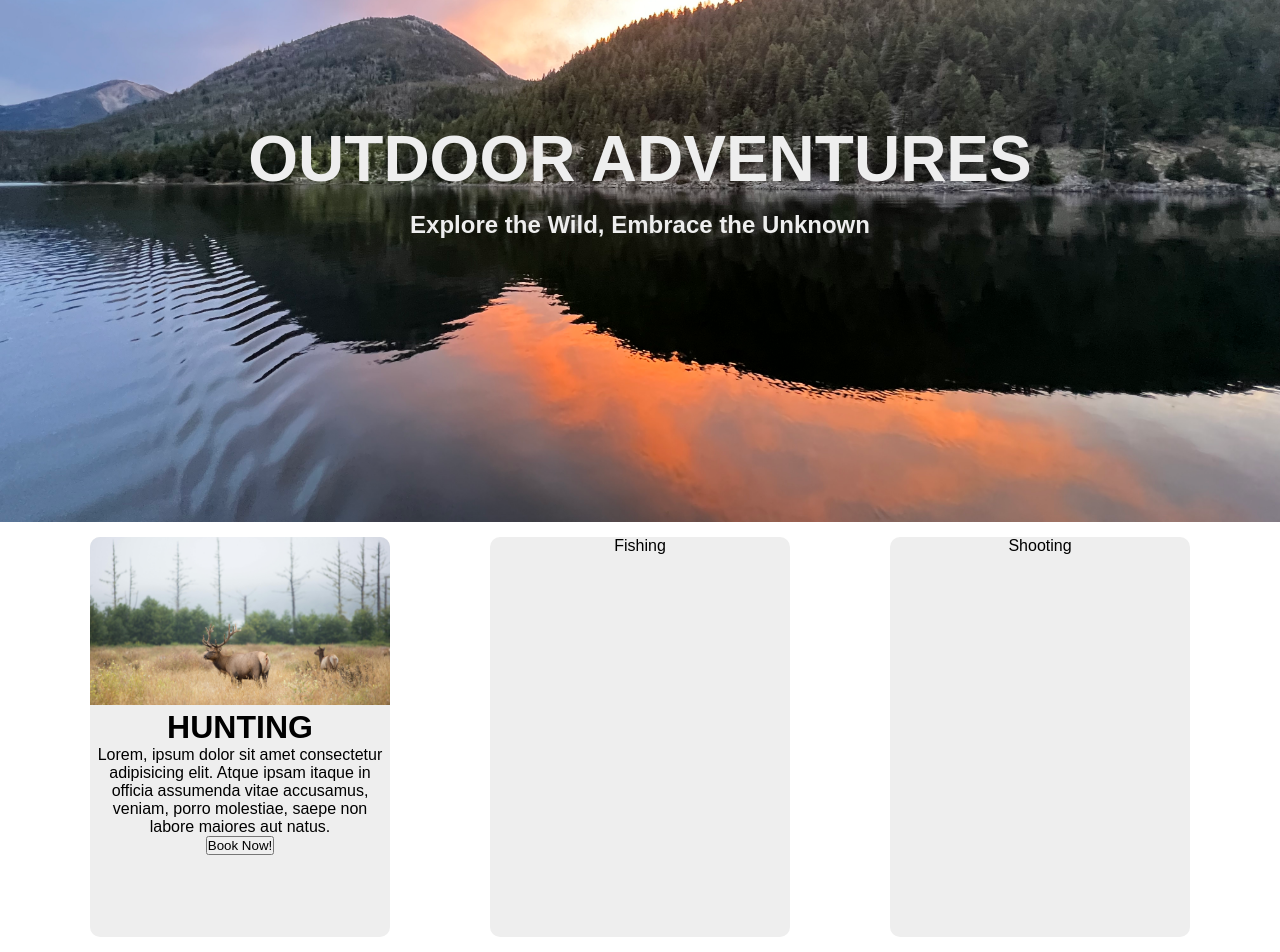
Repository: iforgotmylogin/WebDesignFinal
Page: index.html
An editor plug-in stored every save of this project. The page is shown before and after the next save, followed by the edit.
The browser window is 1280 px wide. The pictures show the part of the page from y = 290 to 1242 px (the page is 1242 px tall).
A picture or video elsewhere on the page could not be fetched, so the positions and the page height are approximate.

Above is the page before, as saved 2024-04-07 18:25:05.

### index.html
<!DOCTYPE html>
<html lang="en">
<head>
    <link rel="stylesheet" href="css/global.css">
    <link rel="stylesheet" href="css/navbar.css">
    <link rel="stylesheet" href="css/dropdown.css">
    <link rel="stylesheet" href="https://cdn.jsdelivr.net/npm/aos@2.3.4/dist/aos.css">
    <link rel="stylesheet" href="css/homepage.css">
    <meta http-equiv="X-UA-Compatible" content ="IE=edge">
    <meta charset="UTF-8">
    <meta name="viewport" content="width=device-width, initial-scale=1.0">
    <title>Outdoor Adventures</title>
</head>
<body>
    <header>
        <a href="#"><img src="images/outdoor-adventure-logo-color.png" alt="Logo" class="logo"></a>
       <nav>
        <ul>
            <li>
                <a href="#">About</a>
            </li>
            <li class="dropdown">
                <a href="html/Booking.html">Booking</a>
                <div class="dropdown-content">
                    <a href="#">Hunting</a>
                    <a href="#">Fishing</a>
                    <a href="#">Shooting</a>
                    <a href="#">ATV Rental</a>
                </div>
            </li>
            <li>
                <a href="html/Reviews.html">Reviews</a>
            </li>
            <li>
                <a href="#">Careers</a>
            </li>
            <li>
                <a href="#">Contact</a>
            </li>
        </ul>
    </nav>



    </header>
    <main class="hero_image">
        <h1>Outdoor Adventures</h1>
        <h2>Explore the Wild, Embrace the Unknown</h2>
    </main>

    <div class="container">
        <a  href="#" data-aos="fade-up" class="box hunting">
            <img src="images/HuntingBackdrop.jpg" alt="Image of an Elk">
            <h1>Hunting</h1>
            <p>Lorem, ipsum dolor sit amet consectetur adipisicing elit. Atque ipsam itaque in officia assumenda vitae accusamus, veniam, porro molestiae, saepe non labore maiores aut natus.</p>
            <button>Book Now!</button>
        </a>

        <div data-aos="fade-up" class="box Fishing">Fishing</div>

        <div data-aos="fade-up" class="box Shooting">Shooting</div>
    </div>



    <!-- Use <div data-aos="fade-up"><div> for really cool animations that use this java script!! -->
    <script src="https://cdn.jsdelivr.net/npm/aos@2.3.4/dist/aos.js"></script>
    <script>
      AOS.init();
    </script>
</body>
</html>

### css/global.css
*{
    font-family: Arial, Helvetica, sans-serif;
}
.hero_image{
    position: absolute;
    z-index: 1;
    margin: 0 auto;
    justify-content: center;
    top: 0px;
    padding: 50px;
    height: 600px;
    position: relative;
    background-image: url("../images/IMG_0679.jpeg");
    background-size: cover;
    background-position: center;
}

.hero_image h1{
    font-size: 400%;
    color: #eee;
    text-transform: uppercase;
    text-align: center;
    margin: 250px 0 auto;
}

.hero_image h2{
    margin: 15px 0 auto;
    text-align: uppercase;
    text-align: center;
    color:#eee;
}

h1.global{
    text-align: center;
}

#usrReview_1{
    outline: 2px solid red; /*This is for "debugging" where the div is and how it's behaving*/

    padding: 30px;
}

#userPfp{
    float: left;
    max-width: 90%;
    width: 200px;
    margin-right: 10px; /* adds some spacing between the image and the text*/

}

### css/navbar.css
body{
    margin:0px;
}


header{
    display: flex;
    justify-content: space-between;
    background-color: #eee;
    border-bottom: 5px white;
    box-shadow: 0 0 5px rgba(0,0,0,.2);
}

header .logo{
    height: 100px;
    padding:4px;
}

header nav{
    display: flex;
    align-items: center;
}
header nav ul{
    margin: 0px;
    padding: 0px;
    text-align: right;
    display: flex;
    width: 100%;
    justify-content: end;
}
header nav ul li{
    list-style-type: none;
}

header nav ul li a{
  text-decoration: none;
  color: #666;
  font-weight: bold;
  font-size:15px;
  text-transform:uppercase;
  font-family:Helvetica, sans-serif;
  padding:49px 30px;
  transition: all .3s linear;
}
header nav ul li a:hover{
    background-color:teal;
    color:white;
}

header nav ul li a.active{
    background-color: burlywood;
}

### css/dropdown.css
.dropbtn {
    background-color: #eee;
    color: white;
    padding: 16px;
    font-size: 16px;
    border: none;
  }

  .dropdown {
    align-items: center;
    display: inline-block;
  }

  .dropdown-content {
    display: none;
    position:absolute;
    background-color: #eee;
    min-width: 136px;
    box-shadow: 0px 8px 16px 0px rgba(0,0,0,0.2);
    z-index: 1;
    top: 14%;
    z-index: 2; /* Makes the dropdown menu appear over the hero image */
  }

  /* Links inside the dropdown */
  .dropdown-content a {
    color: black;
    padding: 12px 16px;
    text-decoration: none;
    text-align: center;
    display: block;
  }

  .dropdown-content a:hover {background-color: teal;}

  .dropdown:hover .dropdown-content {display: block;}

  .dropdown:hover .dropbtn {background-color: teal;}

### css/homepage.css
*{
    margin:0;
    padding:0;
}
.container{
    position:relative;
    width: 100%;
    height: auto;
    display: flex;
    flex-direction: row;
    justify-content: center;
}
.box{
    position: relative;
    width: 300px;
    height: 400px;
    background:#eee;
    text-align: center;
    margin: 15px;
    box-sizing: border-box;
    overflow: hidden;
    margin-left: 50px;
    margin-right: 50px;
    border-radius: 10px;
}
.container a{
    text-decoration: none;
    color:black;
}
.hunting img{
    width: 100%;
}
.hunting h1{
    font-family: Arial, Helvetica, sans-serif;
    text-transform: uppercase;
}

After the next save:
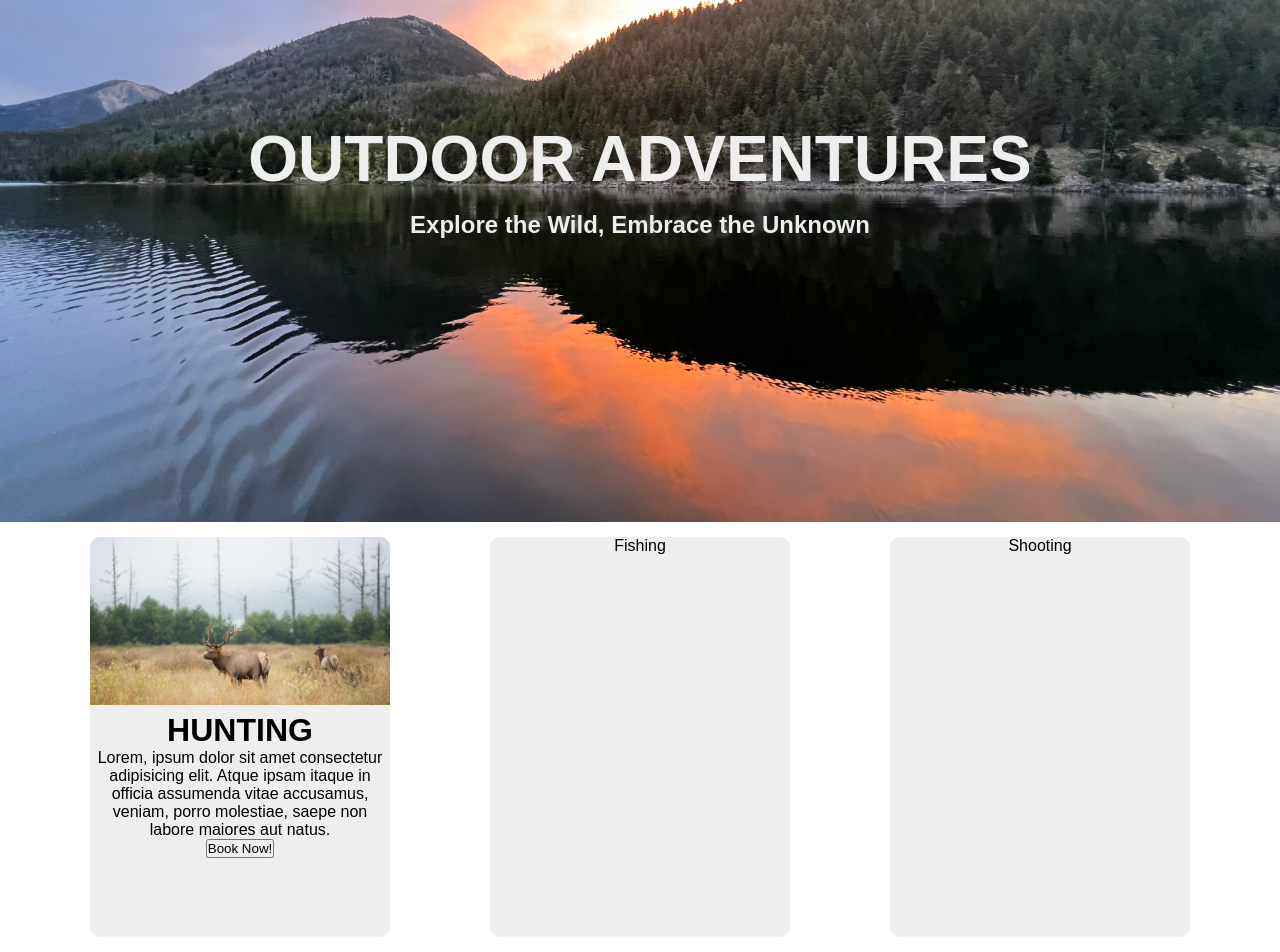
Saved 20 s later.
--- a/css/homepage.css
+++ b/css/homepage.css
@@ -31,6 +31,6 @@
     width: 100%;
 }
 .hunting h1{
-    font-family: Arial, Helvetica, sans-serif;
+    padding-top: 3px;
     text-transform: uppercase;
 }
